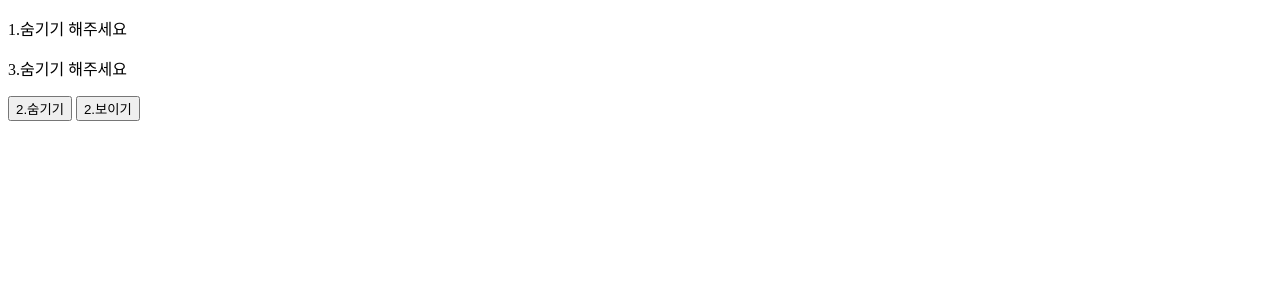
Repository: yoojisoo/YONSAI
Page: http://localhost/teatJava/html/test02.jsp
An editor plug-in stored every save of this project. The page is shown before and after the next save, followed by the edit.
The browser window is 1280 px wide. The pictures show the whole page.
After loading, the first visible `#h` was clicked once.
The page is served by Tomcat 9.

Above is the page before, as saved 2021-08-20 03:27:49.

After the next save:
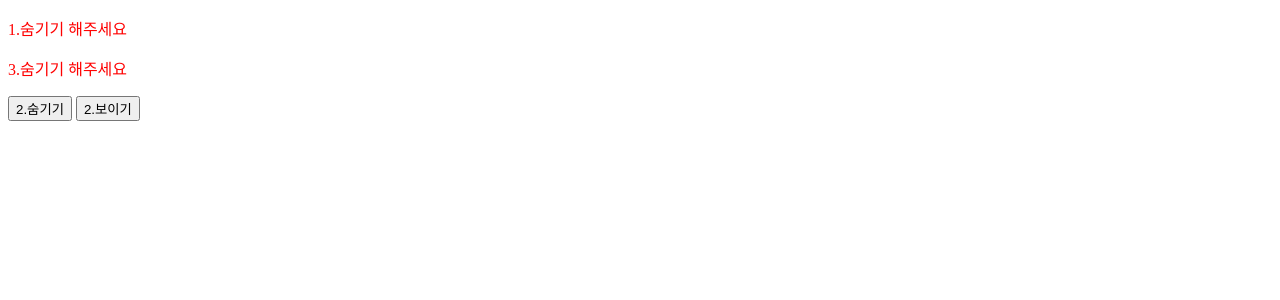
Saved 63 s later.
--- a/jsworkspace/teatJava/src/main/webapp/html/test02.jsp
+++ b/jsworkspace/teatJava/src/main/webapp/html/test02.jsp
@@ -15,10 +15,11 @@
 		$("#h").click(function(){
 // 			$("#t1").hide("slow");
 			$("#t1").fadeOut("slow"); //점점 사라지기
+			$("p").css("color","red");
 		});
 		$("#s").click(function(){
 // 			$("#t1").show("slow");
-			$("#t1").fadeIn("slow"); //점점 사라지기
+			$("#t1").fadeIn("slow"); //점점 나타나기
 		});
 	});
 

After the save that followed:
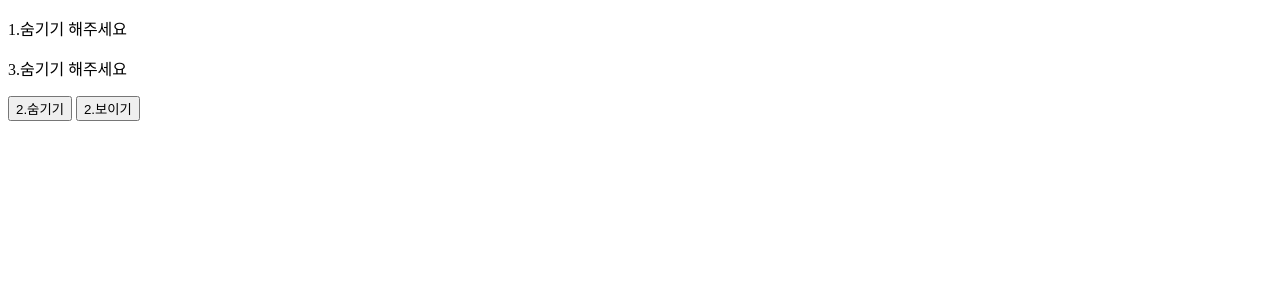
Saved 23 s later.
--- a/jsworkspace/teatJava/src/main/webapp/html/test02.jsp
+++ b/jsworkspace/teatJava/src/main/webapp/html/test02.jsp
@@ -15,11 +15,12 @@
 		$("#h").click(function(){
 // 			$("#t1").hide("slow");
 			$("#t1").fadeOut("slow"); //점점 사라지기
-			$("p").css("color","red");
+			$("p").css("color","lghtred");
 		});
 		$("#s").click(function(){
 // 			$("#t1").show("slow");
 			$("#t1").fadeIn("slow"); //점점 나타나기
+			$("p").css("color","skyblue");
 		});
 	});
 
